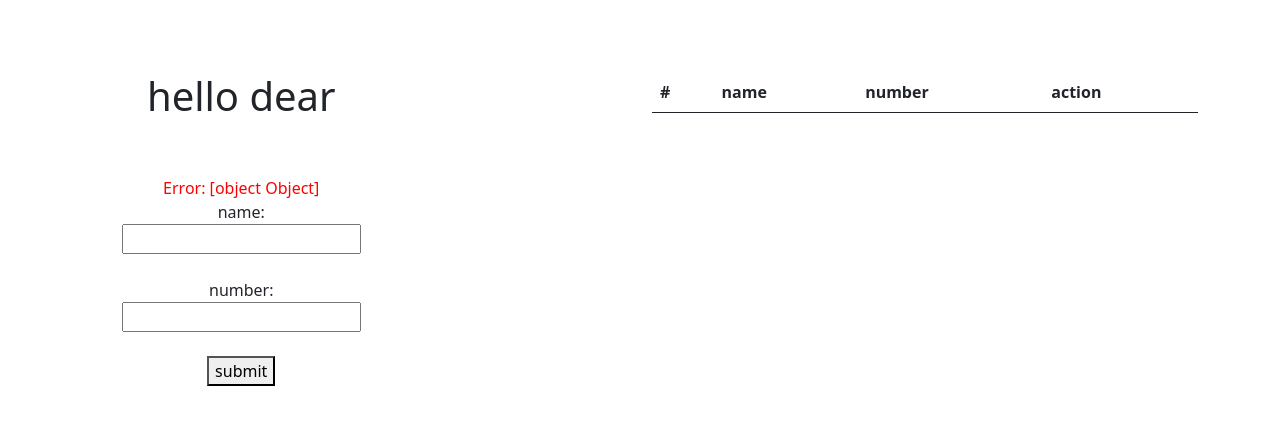
Repository: umangtalpara/ajax
Page: index.html
The author's editor kept a copy of each file at every save. The page is drawn from the files as they stood at one save, then again after the next save.
The browser window is 1280 px wide. The pictures show the whole page.

Above is the page before, as saved 2021-07-08 11:07:47.

### index.html
<!DOCTYPE html>
<html lang="en">

<head>
    <meta charset="UTF-8">
    <meta http-equiv="X-UA-Compatible" content="IE=edge">
    <meta name="viewport" content="width=device-width, initial-scale=1.0">
    <title>ajax</title>
    <script src="https://code.jquery.com/jquery-3.6.0.js"
        integrity="sha256-H+K7U5CnXl1h5ywQfKtSj8PCmoN9aaq30gDh27Xc0jk=" crossorigin="anonymous"></script>
    <!-- CSS only -->
    <link href="https://cdn.jsdelivr.net/npm/bootstrap@5.0.2/dist/css/bootstrap.min.css" rel="stylesheet"
        integrity="sha384-EVSTQN3/azprG1Anm3QDgpJLIm9Nao0Yz1ztcQTwFspd3yD65VohhpuuCOmLASjC" crossorigin="anonymous">
    <!-- JavaScript Bundle with Popper -->
    <script src="https://cdn.jsdelivr.net/npm/bootstrap@5.0.2/dist/js/bootstrap.bundle.min.js"
        integrity="sha384-MrcW6ZMFYlzcLA8Nl+NtUVF0sA7MsXsP1UyJoMp4YLEuNSfAP+JcXn/tWtIaxVXM"
        crossorigin="anonymous"></script>
    <link rel="stylesheet" href="./ajax.css" />

</head>
<body>

    <div class="container">
        <div class="row">
            <div class="col">
                <div class="col-sm-7 text-center">
                    <form id="form" action="insert.php" method="POST">
                        <br><br><br>
                        <h1>hello dear</h1><br><br>
                        <div id="msg" style="color: red;"></div>
                        <label>name:</label><br>
                        <input type="text" id="name" /><br><br>
                        <label>number:</label><br>
                        <input type="text" id="number" /><br><br>
                        <button id="submit" type="submit"> submit</button>
                    </form>
                </div>
            </div>
            <div class="col">
                <div class="col-sm-7 text-center"></div>
                <table class="table">
                    <thead>
                        <br><br><br>
                        <tr>
                            <th scope="col">#</th>
                            <th scope="col">name</th>
                            <th scope="col">number</th>
                            <th scope="col">action</th>
                        </tr>
                    </thead>
                    <tbody id="tbody">

                    </tbody>
                </table>
            </div>
        </div>
    </div>



    <script src="./ajax.js"></script>
</body>

</html>

### ajax.css
.float-container {
    border: 3px solid #fff;
    padding: 20px;
}

.float-child {
    width: 50%;
    float: left;
    padding: 20px;
    border: 2px solid red;
}

### ajax.js
$(document).ready(function(){

//code for data show
function showdata(){
    output="";
    $.ajax({
        url: "retrieve.php",
        method: "GET",
        // timeout: 10,
        dataType:'json',
        success:function(data){
            // console.log(data);
            if (data) {
                x = data;
            }else {
                x = "";
            }
            for(i=0; i<x.length; i++){
                output += "<tr><td>" + x[i].id + "</td><td>" + x[i].name + " </td><td> " + x[i].number + " </td><td> <button class='btn btn-danger btn-sm btn-status' data-sid=" + x[i].id+ " data-status=" + x[i].status+ " >{ " + x[i].status+ " }</button> <button class='btn btn-danger btn-sm btn-delete' data-sid=" + x[i].id+ " >delete</button></td></tr> "
            }
            $("#tbody").html(output);

        },
        error: function (errorMessage) {
            $('#msg').append('Error: ' +errorMessage );
        }
    });
}
showdata();

 //code for data insert
$("#submit").click(function(e){
    e.preventDefault();
    console.log("submit button clicked");
    let nm = $("#name").val();
    let mn = $("#number").val();
    // console.log(nm);
    // console.log(mn);

    mydata = { name:nm, number:mn };
    // console.log(mydata);

    $.ajax({
        url: "insert.php",
        method: "POST",
        data: JSON.stringify(mydata),
        success: function(data){
            // console.log(data);
            msg ="<div class='alert alert-dark mt-3'>" + data + "</div>";
            $("#msg").html(msg);
            $('#form')[0].reset();
            showdata()
        },
    });
});

// delete code
$("tbody").on("click",".btn-delete",function(){
    console.log("delete button clicked");
    let id = $(this).attr("data-sid");
    console.log(id);
    mydata = {sid:id};
    $.ajax({
        url:"delete.php",
        method: "POST",
        data: JSON.stringify(mydata),
        success: function(data){
            // console.log(data);
            showdata()
            msg ="<div class='alert alert-dark mt-3'>" + data + "</div>";
            $("#msg").html(msg);
        },error: function (errorMessage) {
            $('#msg').append('Error: ' +errorMessage );
        }
    });
});

// status code
$("tbody").on("click",".btn-status",function(){
    console.log("status button clicked");
    let st = $(this).attr("data-status");
    let id = $(this).attr("data-sid");
    console.log(id);
    mydata = {sid:id , status:st};
    // console.log(mydata);
    $.ajax({
        url:"status.php",
        method: "POST",
        data: JSON.stringify(mydata),
        success: function(data){
            console.log(data);
            showdata()
            msg ="<div class='alert alert-dark mt-3'>" + data + "</div>";
            $("#msg").html(msg);
        },
        error: function (errorMessage) {
            $('#msg').append('Error: ' +errorMessage );
        }
    });
});

});

After the next save:
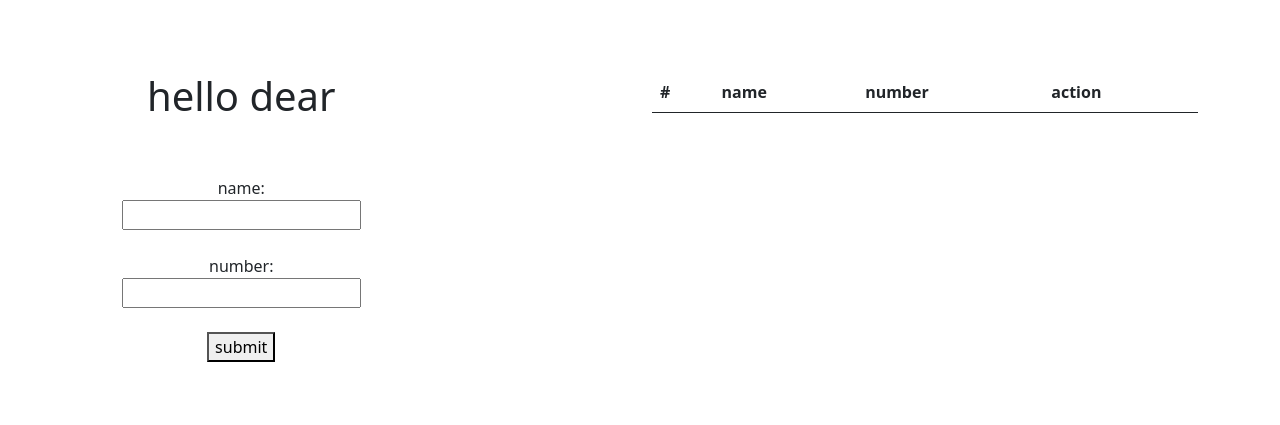
Console error: SyntaxError: Unexpected string
Saved 10 min 53 s later.
--- a/ajax.js
+++ b/ajax.js
@@ -16,7 +16,7 @@
                 x = "";
             }
             for(i=0; i<x.length; i++){
-                output += "<tr><td>" + x[i].id + "</td><td>" + x[i].name + " </td><td> " + x[i].number + " </td><td> <button class='btn btn-danger btn-sm btn-status' data-sid=" + x[i].id+ " data-status=" + x[i].status+ " >{ " + x[i].status+ " }</button> <button class='btn btn-danger btn-sm btn-delete' data-sid=" + x[i].id+ " >delete</button></td></tr> "
+                output += "<tr><td>" + x[i].id + "</td><td>" + x[i].name + " </td><td> " + x[i].number + " </td><td> <button class='btn btn-danger btn-sm btn-status' data-sid=" + x[i].id+ " data-status=" + x[i].status+ " >{ "  " }</button> <button class='btn btn-danger btn-sm btn-delete' data-sid=" + x[i].id+ " >delete</button></td></tr> "
             }
             $("#tbody").html(output);
 

After the save that followed:
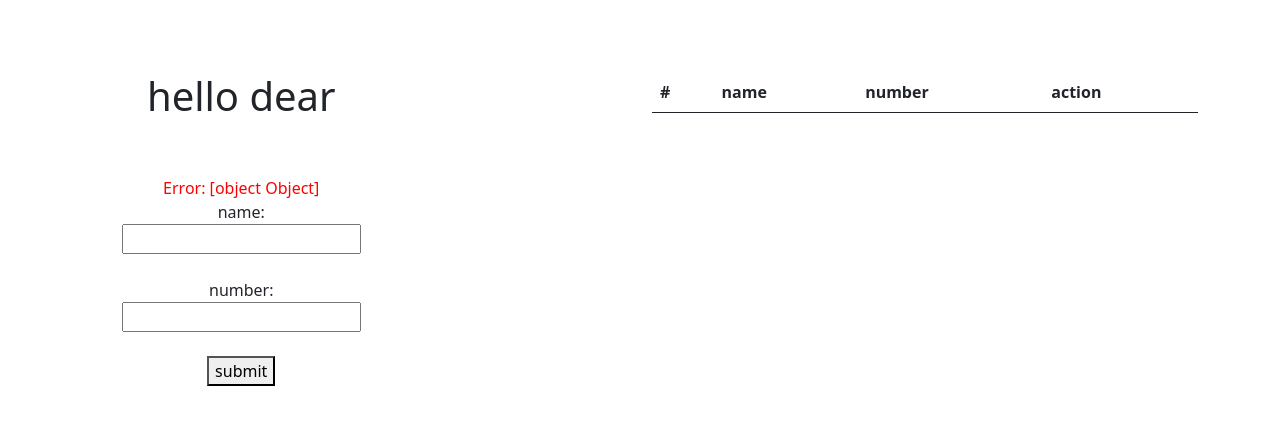
The error is gone.
Saved 11 s later.
--- a/ajax.js
+++ b/ajax.js
@@ -16,7 +16,7 @@
                 x = "";
             }
             for(i=0; i<x.length; i++){
-                output += "<tr><td>" + x[i].id + "</td><td>" + x[i].name + " </td><td> " + x[i].number + " </td><td> <button class='btn btn-danger btn-sm btn-status' data-sid=" + x[i].id+ " data-status=" + x[i].status+ " >{ "  " }</button> <button class='btn btn-danger btn-sm btn-delete' data-sid=" + x[i].id+ " >delete</button></td></tr> "
+                output += "<tr><td>" + x[i].id + "</td><td>" + x[i].name + " </td><td> " + x[i].number + " </td><td> <button class='btn btn-danger btn-sm btn-status' data-sid=" + x[i].id+ " data-status=" + x[i].status+ " ></button> <button class='btn btn-danger btn-sm btn-delete' data-sid=" + x[i].id+ " >delete</button></td></tr> "
             }
             $("#tbody").html(output);
 
